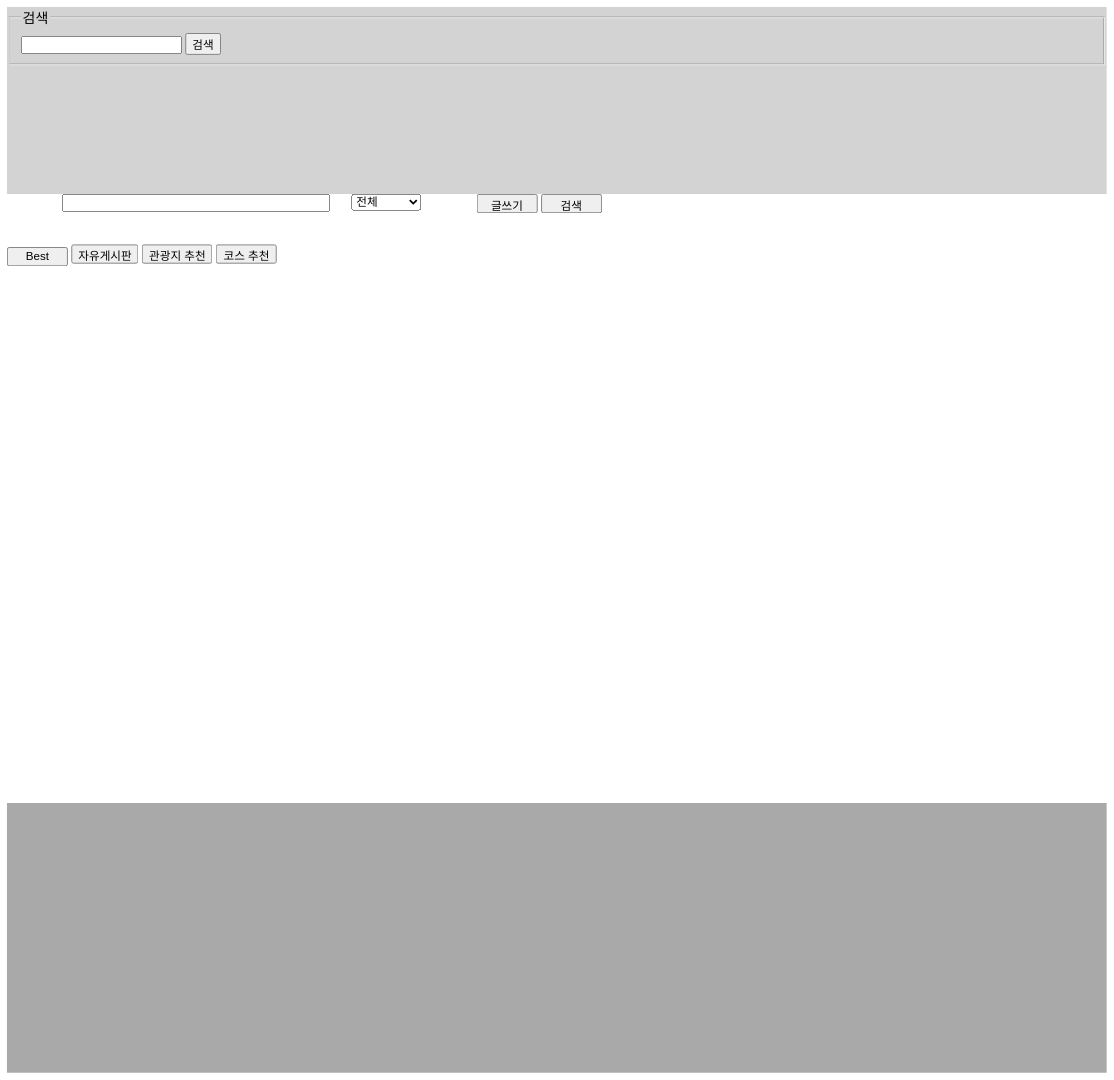
Repository: HJCroCat/project4
Page: http://localhost/koravle/boardMain.jsp
An editor plug-in stored every save of this project. The page is shown before and after the next save, followed by the edit.
The browser window is 1280 px wide. The pictures show the whole page, at 87% of full size.
The page is served by Tomcat 9. Nobody is signed in. The application's start-up code is not run. Other server files are loaded and not shown.

Above is the page before, as saved 2021-12-10 10:08:42.

### koravle/koravle/src/main/webapp/boardMain.jsp
<%@ page language="java" contentType="text/html; charset=UTF-8"
    pageEncoding="UTF-8"%>
<!DOCTYPE html>
<html>
<head>
<meta charset="UTF-8">
<title>Insert title here</title>

<link href="resources/style/stylecss.css" rel="stylesheet">
<script type="text/javascript" src="resources/js/jquery-1.7.1.js"></script>

</head>
<body>
	<header>
		<form>
	      <fieldset>
	        <legend class="visually-hidden">검색</legend>
	        <div class="search_box">
	          <input type="text" maxlength="225" tabindex="1" />
	          <button type="submit" tabindex="2">
	            	검색
	          </button>
	        </div>
	      </fieldset>
	    </form>

	</header>


	<main>


		<div>
			<input type="text" name="searchWord" id="searchWord">
			<select name="selectSearch" id="selectSearch">
				<option value="1" selected>전체</option>
				<option value="boardName">글제목</option>
				<option value="regionName">관광지</option>
				<option value="boardWriter">작성자</option>
			</select>
			<button href="boardWrite.do" class="btn" >글쓰기</button>
			<button href="boardList.do" class="btn" >검색</button>
		</div>
		<div>
			<br/>
			<br/>

			<button class="btn" href="boardList.do" name="boardBest">Best</button>
			<button class="btn" href="boardList.do" name="boardFree">자유게시판</button>
			<button class="btn" href="boardList.do" name="boardRegion">관광지 추천</button>
			<button class="btn" href="boardList.do" name="boardCourse">코스 추천</button>

		</div>

	</main>

	<footer>

	</footer>
<script src="resources//js/jquery.min.js"></script>
<script src="resources/js/scripts.js"></script>

</body>
</html>

### koravle/koravle/src/main/webapp/resources/style/stylecss.css
header{
	background: lightgray;
	height: 215px;
}

main{
	min-height: 700px;
}

footer{
	background: darkgray;
	height: 310px;
}







.boardHeader{
	height:80px;
}

.btn{
	max-width:100px;
	min-width:70px;
	height: 22px;
}

#searchWord{
	float: left;
	width: 35%;
	margin-left:5%;
	margin-right:2%;
	max-width:300px;
}

#selectSearch{
	float: left;
	width: 10%;
	margin-right:5%;
	max-width:80px;
}

Loaded but not shown: koravle/koravle/src/main/webapp/resources/js/jquery-1.7.1.js (library); koravle/koravle/src/main/webapp/resources/js/jquery.min.js (library)

After the next save:
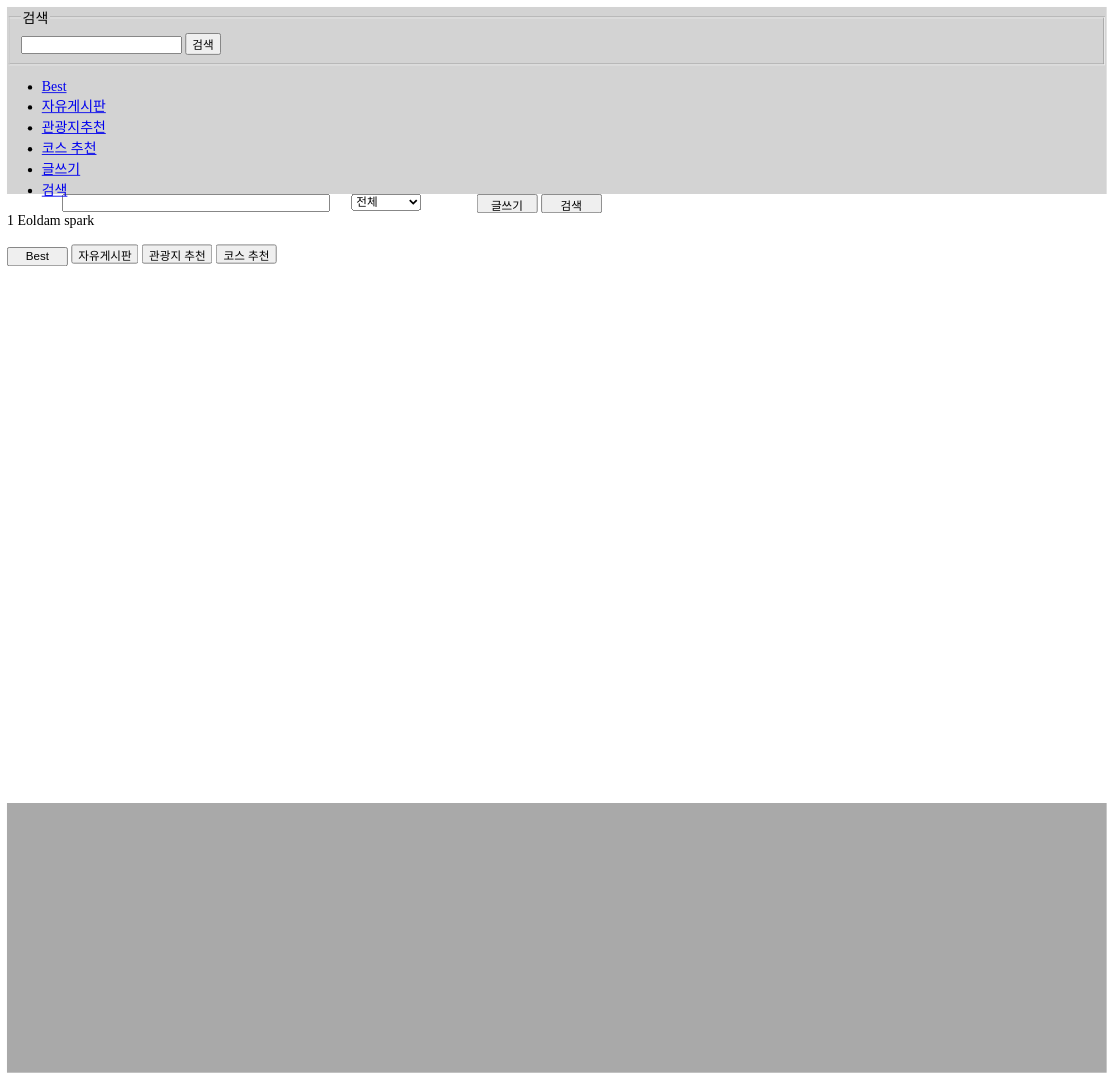
Saved 2 min 13 s later.
--- a/koravle/koravle/src/main/webapp/boardMain.jsp
+++ b/koravle/koravle/src/main/webapp/boardMain.jsp
@@ -23,7 +23,22 @@
 	        </div>
 	      </fieldset>
 	    </form>
-
+		<nav>
+	      <div class="nav_items">
+	        <ul>
+	      	  <li><a href="/">Best</a></li>
+	          <li><a href="/">자유게시판</a></li>
+	          <li><a href="/">관광지추천</a></li>
+	          <li><a href="/">코스 추천</a></li>
+	          <li><a href="/">글쓰기</a></li>
+	          <li><a href="/">검색</a></li>
+	        </ul>
+	        <div class="keyword">
+	          <span class="color_naver">1</span>
+	          <span>Eoldam spark</span></span>
+	        </div>
+	      </div>
+	    </nav>
 	</header>
 
 
